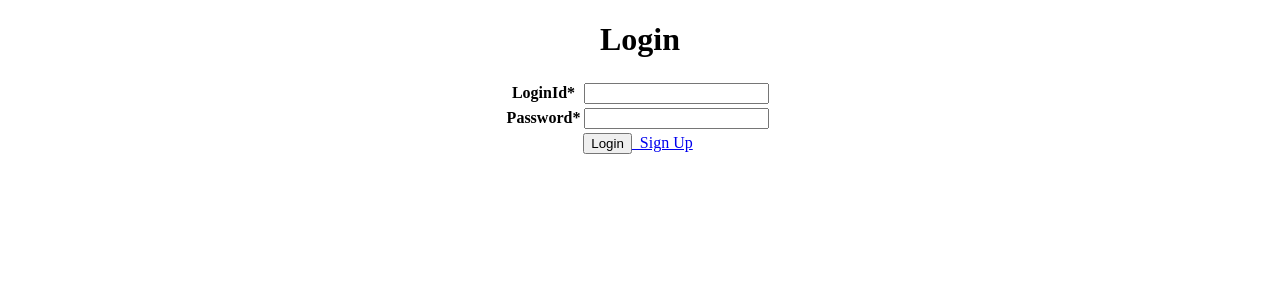
Repository: Shubh2580/Advance-java
Page: http://localhost/Maven_Project/Loginview.jsp
An editor plug-in stored every save of this project. The page is shown before and after the next save, followed by the edit.
The browser window is 1280 px wide. The pictures show the whole page.
The page is served by Tomcat 9.

Above is the page before, as saved 2022-05-20 12:56:16.

### advance java/Maven_Project/src/main/webapp/Loginview.jsp
<%@ page language="java" contentType="text/html; charset=ISO-8859-1"
    pageEncoding="ISO-8859-1"%>
<!DOCTYPE html>
<html>
<head>
<meta charset="ISO-8859-1">

<title>Login</title>
</head>
<body align="center">
	<form action="login"  method="post">
		<h1 align="center">Login</h1>
		<%
				String err = (String) request.getAttribute("err");
				if (err != null) {
			%><font color="red"> <%=err%></font>
			<%
				}
			%>

		<table align="center">
			<tr>
				<th>LoginId*</th>
				<td><input type="text" name="login" value=""></td>
				<td>
				<%
							String err1 = (String) request.getAttribute("err1");
							if (err1 != null) {
						%><font color="red"> <%=err1%></font> <%
 	}
 %>
					</td>
			</tr>
			<tr>
				<th>Password*</th>
				<td><input type="password" name="pwd" value=""></td>
			<td>
			<%
							String err2 = (String) request.getAttribute("err2");
							if (err2 != null) {
						%><font color="red"> <%=err2%></font> <%
 	}
 %>
			</td>
			</tr>
           <tr>
				<td align="center" colspan="2" style="margin-left: 100px">
				<input type="submit"  value="Login"><a href="UserRegistrationView.jsp">&nbsp;   Sign Up</a>

				</td>
			</tr>

		</table>
	</form>

</body>
</html>

After the next save:
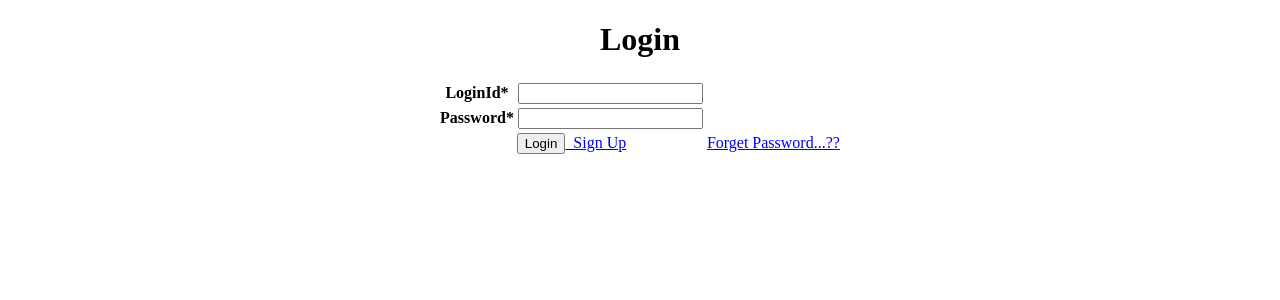
Saved 56 s later.
--- a/advance java/Maven_Project/src/main/webapp/Loginview.jsp
+++ b/advance java/Maven_Project/src/main/webapp/Loginview.jsp
@@ -46,6 +46,7 @@
            <tr>
 				<td align="center" colspan="2" style="margin-left: 100px">
 				<input type="submit"  value="Login"><a href="UserRegistrationView.jsp">&nbsp;   Sign Up</a>
+				<td><a href="ForgetPasswordView.jsp">Forget Password...??</a> </td>
 
 				</td>
 			</tr>
